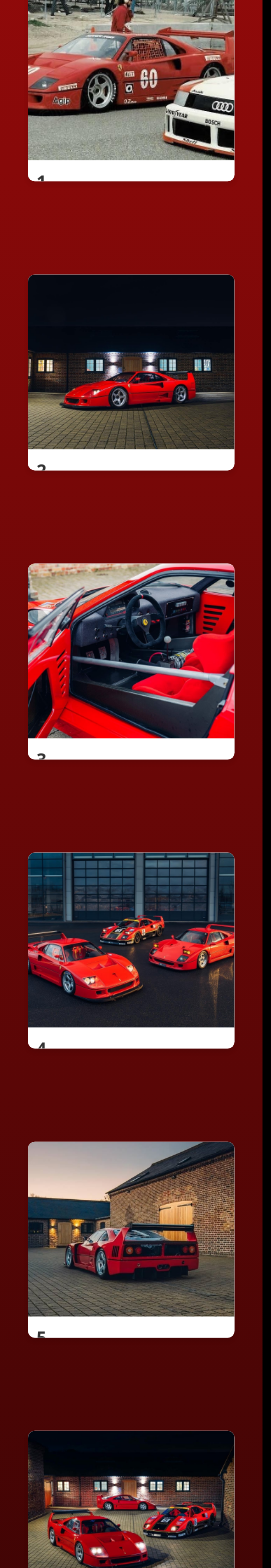
Repository: Johannes-Harald/martini-racing-fanclub
Page: /
An editor plug-in stored every save of this project. The page is shown before and after the next save, followed by the edit.
The browser window is 375 px wide. The page is 387 px wide, so the pictures cover 387 px, including what lies to the right of the window. The pictures show the part of the page from y = 2520 to 4760 px (the page is 17078 px tall before and 18338 px after), at 70% of full size.
Some web fonts or font styles are not loaded; a fallback is used. The project was rebuilt for these pictures with package versions that can differ from the ones it lists, and the page was loaded fresh each time. Also part of the build but not shown: vite.config.js, src/components/Lightbox/Lightbox.css, src/components/Lightbox/Lightbox.jsx, src/components/TitleCards/TitleCards.jsx, src/pages/Videos/Videos.css, src/pages/Videos/Videos.jsx.

Above is the page before, as saved 2024-10-13 10:03:52.

### index.html
<!doctype html>
<html lang="en">
  <head>
    <meta charset="UTF-8" />
    <link rel="icon" type="image/svg+xml" href="/src/assets/logo-martinid.png" style="filter: brightness(3.5); height: 2px; width: 1px;"/>
    <meta name="viewport" content="width=device-width, initial-scale=1.0" />
    <title>Martini Racing Fanclub</title>
  </head>
  <body>
    <div id="root"></div>
    <script type="module" src="/src/main.jsx"></script>
  </body>
</html>
<!--
<!doctype html>
<html lang="en">
  <head>
    <meta charset="UTF-8" />
    <link rel="icon" type="image/svg+xml" href="/src/assets/logo-martinid.png" style="filter: brightness(3.5); height: 2px; width: 1px;"/>
    <meta name="viewport" content="width=device-width, initial-scale=1.0" />
    <title>Martini Racing Fanclub</title>
  </head>
  <body>
    <div id="root"></div>
    <script type="module" src="/src/main.jsx"></script>
  </body>
</html>
-->

### src/App.jsx
import React from 'react';
import { BrowserRouter as Router, Route, Routes } from 'react-router-dom';
import Home from './pages/Home/Home';
import Videos from './pages/Videos/Videos';

function App() {
  //const navigate = useNavigate();
  //const location = useLocation();



  {/*const scrollToTitleCards = () => {
    // Assuming you have a reference to your TitleCards section
    const titleCardsSection = document.getElementById('rallyeautos'); // Adjust this ID as needed
    if (titleCardsSection) {
      titleCardsSection.scrollIntoView({ behavior: 'smooth' });
    }
  };

  const scrollToTitleCards = () => {
    if (location.pathname === '/') {
      rallyefahrzeugeRef.current.scrollIntoView({ behavior: 'smooth' });
    } else {
      // If you're on another page, navigate to the home page first
      navigate('/');
      // After navigating, wait for the page to load and then scroll to rallyefahrzeugeRef
      setTimeout(() => {
        rallyefahrzeugeRef.current.scrollIntoView({ behavior: 'smooth' });
      }, 500); // Use a timeout to ensure the page is fully rendered before scrolling
    }
  };
  <Route path="/Home" element={<Navbar scrollToTop={scrollToTop} scrollToTitleCards={scrollToTitleCards}/>} />
  */}

  return (
    <Router>
      <div className="App">
        <Routes>
          <Route path="/" element={<Home />} />
          <Route path="/videos" element={<Videos />} />
        </Routes>
      </div>
    </Router>
  );
}

export default App;

### src/index.css
* {
  margin: 0;
  padding: 0;
  box-sizing: border-box;
}

body {
  background: black;
  font-family: 'Segoe UI', Tahoma, Geneva, Verdana, sans-serif;
}

### src/pages/Home/Home.css
.hero {
    position: relative;
}

.component {
    transition: opacity 0.5s ease, transform 0.5s ease;
    opacity: 0;
    transform: translateY(20px);
    pointer-events: none; /* Disable interaction when hidden */
  }

  .component.active {
    opacity: 1;
    transform: translateY(0);
    pointer-events: all; /* Enable interaction when visible */
  }

.img-cover {
    background-image: linear-gradient(180deg, rgba (0,0,0,0.7) 10%, transparent);
    z-index: 1;
    transition: background-color 0.3s, color 0.3s;
  }

.banner-width {
    width: 100%;
    mask-image: linear-gradient(to right, transparent, black 75%);
    -weblit-mask-image: linear-gradient(to right, transparent, black 75%);
}

.banner-img {
    width: 100%;
    display: flex;
    filter: brightness(1.2);
}

.hero-caption {
    position: absolute;
    width: 100%;
    padding-left: 6%;
    bottom: 0;
}

.caption-img {
    width: 100%;
    height: 370px;
    max-width: 510px;
    margin-bottom: 60px;
    filter: brightness(1.3);
}

.hero-caption p{
    max-width: 700px;
    font-size: 17px;
    margin-bottom: 20px;
}

.hero-btns {
    display: flex;
    gap: 10px;
    margin-bottom: 50px;
}

.hero-btns .btn img{
    width: 25px;
}

.hero-btns .btn {
    border: 0;
    outline: 0;
    padding: 8px 20px;
    display: inline-flex;
    align-items: center;
    gap: 10px;
    font-size: 15px;
    font-weight: 600;
    background: white;
    border-radius: 4px;
    cursor: pointer;
}

.hero-btns .btn.dark-btn{
    color: #fff;
    background: #6d6d6eb3;
}

.hero-btns .btn:hover{
    background: #ffffffbf;
}

.hero-btns .btn.dark-btn:hover{
    background: #6d6d6e66 ;
}


@media (max-width: 1024px) {
  .hero-caption .title-cards {
      display: none;
  }
  .hero-btns {
      margin-bottom: 30px;
  }
  .hero-caption p {
      font-size: 15px;
      max-width: 600px;
  }
}

/* Large mobile screens */
@media (max-width: 800px) {
  .hero-caption {
      padding-left: 4%;
  }
  .caption-img {
      margin-bottom: 10px;
      width: 40%;
  }
  .hero-caption p {
      font-size: 12px;
      margin-bottom: 10px;
  }
  .hero-btns .btn img {
      width: 20px;
  }
  .hero-btns .btn {
      padding: 6px 15px;
      font-size: 13px;
  }
}

/* Small mobile screens */
@media (max-width: 500px) {
  .banner-img {
    padding-top: 191px;
    width: 150%;
    filter: brightness(1.2);
    max-width: 100%;
    overflow: hidden;
    /*     text-align: left; */
  }

  .home .img-cover {
    background-size: cover; /* Ensure the image covers the entire area */
    background-position: center;
  }
  .caption-img {
    margin-bottom: 360px;
    height: 110px;
    width: 170px;
  }
  .hero-caption p {
      font-size: 11px;
  }
  .hero-btns img {
      width: 15px;
  }
  .hero-btns .btn {
      padding: 4px 10px;
      gap: 5px;
      font-size: 10px;
  }
  .component {
      margin-top: 15px;
  }
  .banner-img {
      height: auto;
  }
}

### src/components/Navbar/Navbar.jsx
import React, { useEffect, useRef, useState } from 'react';
import { Link, useNavigate, useLocation } from 'react-router-dom';
import './Navbar.css';
import logo from '../../assets/logo.png';
import search_icon from '../../assets/search_icon.svg';
import profile_icon from '../../assets/profile_img.webp';
import caret_icon from '../../assets/caret_icon.svg';
import lightModeSearch from '../../assets/search_icon_dark.png';

const Navbar = ({ scrollToRallyefahrzeuge, rallyefahrzeugeRef, scrollTo }) => {
  const navigate = useNavigate();
  const location = useLocation();
  const navRef = useRef(null);
  const [navigateToRallye, setNavigateToRallye] = useState(false);
  const [darkMode, setDarkMode] = useState(() => {
    return localStorage.getItem('darkMode') === 'true';
  });

/*  const handleScrollToRallyefahrzeuge = () => {
    if (location.pathname !== "/") {
      setNavigateToRallye(true); // Set flag to indicate we want to scroll after navigation
      navigate("/"); // Navigate to home
    }
  };

/*  useEffect(() => {
    if (navigateToRallye && location.pathname === "/") {
      setTimeout(() => {
        if (rallyefahrzeugeRef.current) {
          console.log("Ref found, scrolling...");
          rallyefahrzeugeRef.current.scrollIntoView({ behavior: 'smooth' });
        } else {
          console.log("Ref not found");
        }
      }, 100); // Add delay to allow for navigation to complete
      setNavigateToRallye(false); // Reset flag
    }
  }, [navigateToRallye, location.pathname, rallyefahrzeugeRef]);*/

  const toggleDarkMode = () => {
    setDarkMode(prev => {
      const newDarkMode = !prev;
      document.body.classList.toggle('dark-mode', newDarkMode);
      localStorage.setItem('darkMode', newDarkMode);
      return newDarkMode;
    });
  };

  return (
    <div ref={navRef} className={`navbar ${darkMode ? 'dark-mode' : 'light-mode'}`}>
      <div className="navbar-left">
        <img src={logo} alt="Logo" className='logo-img' />
        <ul>
          <li onClick={scrollTo}><Link to="/" className="link-style">Startseite</Link></li>
          <li><Link to="/videos" className="link-style">Videos</Link></li>
          <li onClick={scrollToRallyefahrzeuge}><Link to="/" className="link-style">Fahrzeuge</Link></li>
        </ul>
      </div>

      <div className="navbar-right">
        <p>Nutzer</p>

        {/* Dark Mode Toggle Button */}
        <button onClick={toggleDarkMode} className='dark-mode-btn'>
          {darkMode ? 'Hell' : 'Dunkel'}
        </button>

        <div className='navbar-profile'>
          <img src={profile_icon} alt="Profile" className='profile' />
          <img src={caret_icon} alt="Caret" />
          <div className='dropdown'>
            <p>Abmelden</p>
          </div>
        </div>
      </div>
    </div>
  );
};

export default Navbar;

### src/components/TitleCards/Rallyefahrzeuge.jsx
import React, { useState } from 'react';
import './Rallyefahrzeuge.css';
import img3 from '../../assets/cards/img3.jpg';
import img4 from '../../assets/cards/img4.jpg';
import img5 from '../../assets/cards/img5.webp';
import img6 from '../../assets/cards/img6.jpg';
import Lightbox from '../Lightbox/Lightbox';

const Rallyefahrzeuge = React.forwardRef((props, ref) => {
  const [lightboxOpen, setLightboxOpen] = useState(false); // State to control lightbox visibility
  const [selectedImageIndex, setSelectedImageIndex] = useState(0); // Track the selected image

  const cardData = [
    { image: img3, title: '1', description: 'Kimera 037' },
    { image: img4, title: '2', description: 'Kimera 037' },
    { image: img5, title: '3', description: 'Kimera 037' },
    { image: img6, title: '4', description: 'Innenraum des Kimera 037' }
  ];

  const handleImageClick = (index) => {
    setSelectedImageIndex(index); // Set the index of the clicked image
    setLightboxOpen(true); // Open the lightbox LOOK HERE INCASE! >>>> ref={rallyefahrzeugeRef}
  };

  return (
    <div className="rallyefahrzeuge">
      <div className="rallyeautos">
        <h2>Rallyefahrzeuge</h2>
      </div>
      <div className="rallye-card-list">
        {cardData.map((card, index) => (
          <div key={index} className="rallye-title-cards" onClick={() => handleImageClick(index)}>
            <img src={card.image} alt={card.title} className="rallye-title-cards-img" />
            <div className="rallye-title-cards-info">
              <h3>{card.title}</h3>
              <p>{card.description}</p>
            </div>
          </div>
        ))}
      </div>

      {/* Conditionally render the Lightbox when open */}
      {lightboxOpen && (
        <Lightbox
          images={cardData.map((card) => ({ src: card.image, alt: card.title }))} // Pass the images to the Lightbox
          initialIndex={selectedImageIndex} // Start with the clicked image
          onClose={() => setLightboxOpen(false)} // Close the lightbox
        />
      )}
    </div>
  );
});

export default Rallyefahrzeuge;

### src/components/TitleCards/PrototypRennwagen.jsx
import React, { useState } from 'react';
import './Rallyefahrzeuge.css';
import img1 from '../../assets/cards/img1.png';
import img7 from '../../assets/cards/img7.jpg';
import img8 from '../../assets/cards/img8.jpg';
import img9 from '../../assets/cards/img9.jpg';
import lcmonza from '../../assets/cards/lcmonza.jpg';
import lcparmalat from '../../assets/cards/lcparmalat.jpg';
import Lightbox from '../Lightbox/Lightbox'; // Import the Lightbox component

const PrototypRennwagen = React.forwardRef((props, ref) => {
  const [lightboxOpen, setLightboxOpen] = useState(false); // State to control lightbox visibility
  const [selectedImageIndex, setSelectedImageIndex] = useState(0); // Track the selected image

  const cardData = [
    { image: img1, title: '1', description: 'LC1 auf der Nordschleife' },
    { image: img7, title: '2', description: 'LC1 auf der Nordschleife' },
    { image: img8, title: '3', description: 'LC1 bei Le Mans' },
    { image: img9, title: '4', description: 'LC1' },
    { image: lcmonza, title: '5', description: 'LC1 bei Le Mans' },
    { image: lcparmalat, title: '6', description: 'LC1' }
  ];

  const handleImageClick = (index) => {
    setSelectedImageIndex(index); // Set the index of the clicked image
    setLightboxOpen(true); // Open the lightbox
  };

  return (
    <div className="rallyefahrzeuge" ref={ref}>
      <div className="rallyeautos">
        <h2>Prototyp-Rennwagen</h2>
      </div>
        <div className="rallye-card-list" >
      {cardData.map((card, index) => (
        <div key={index} className="rallye-title-cards" onClick={() => handleImageClick(index)}>
          <img src={card.image} alt={card.title} className="rallye-title-cards-img" />
          <div className="rallye-title-cards-info">
            <h3>{card.title}</h3>
            <p>{card.description}</p>
          </div>
        </div>
      ))}
    </div>

      {/* Conditionally render the Lightbox when open */}
          {lightboxOpen && (
        <Lightbox
          images={cardData.map((card) => ({ src: card.image, alt: card.title }))} // Pass the images to the Lightbox
          initialIndex={selectedImageIndex} // Start with the clicked image
          onClose={() => setLightboxOpen(false)} // Close the lightbox
        />
      )}
    </div>
  );
});

export default PrototypRennwagen;

### src/components/TitleCards/Tourenwagen.jsx
import React, { useState } from 'react';
import './Rallyefahrzeuge.css';
 import img2 from '../../assets/cards/img2.jpg';
import img10 from '../../assets/cards/img10.jpg';
import img11 from '../../assets/cards/img11.jpg';
import img12 from '../../assets/cards/img12.jpg';
import img37 from '../../assets/cards/img37.jpg';
import img38 from '../../assets/cards/img38.jpeg';
import Lightbox from '../Lightbox/Lightbox';

const Tourenwagen = React.forwardRef((props, ref) => {
  const [lightboxOpen, setLightboxOpen] = useState(false); // State to control lightbox visibility
  const [selectedImageIndex, setSelectedImageIndex] = useState(0); // Track the selected image

  const cardData = [
    { image: img2, title: '1', description: 'Porsche 935' },
    { image: img10, title: '2', description: 'Beta Montecarlo Turbo' },
    { image: img11, title: '3', description: 'Beta Montecarlo Turbo' },
    { image: img12, title: '4', description: 'Beta Montecarlo Turbo' },
    { image: img37, title: '5', description: 'Beta Montecarlo Turbo' },
    { image: img38, title: '6', description: 'Beta Montecarlo Turbo' }
  ];

  const handleImageClick = (index) => {
    setSelectedImageIndex(index); // Set the index of the clicked image
    setLightboxOpen(true); // Open the lightbox
  };

  return (
    <div className="rallyefahrzeuge" ref={ref}>
      <div className="rallyeautos">
        <h2>Tourenwagen</h2>
      </div>
    <div className="rallye-card-list">
      {cardData.map((card, index) => (
        <div key={index} className="rallye-title-cards" onClick={() => handleImageClick(index)}>
          <img src={card.image} alt={card.title} className="rallye-title-cards-img" />
          <div className="rallye-title-cards-info">
            <h3>{card.title}</h3>
            <p>{card.description}</p>
          </div>
        </div>
      ))}
    </div>

      {/* Conditionally render the Lightbox when open */}
      {lightboxOpen && (
        <Lightbox
          images={cardData.map((card) => ({ src: card.image, alt: card.title }))} // Pass the images to the Lightbox
          initialIndex={selectedImageIndex} // Start with the clicked image
          onClose={() => setLightboxOpen(false)} // Close the lightbox
        />
      )}
    </div>
  );
});

export default Tourenwagen;

### src/components/Footer/Footer.jsx
import React from 'react'
import './Footer.css'
import youtube_icon from '../../assets/youtube_icon.png'
import twitter_icon from '../../assets/twitter_icon.png'
import instagram_icon from '../../assets/instagram_icon.png'
import facebook_icon from '../../assets/facebook_icon.png'

const Footer = () => {
  return (
    <div className='footer'>
      <div className='footer-icons'>
        <img src={youtube_icon} alt="" />
        <img src={twitter_icon} alt="" />
        <img src={instagram_icon} alt="" />
        <img src={facebook_icon} alt="" />
      </div>
      <ul>
        <li>Auto-Fanclub</li>
        <li>Hilfezentrum</li>
        <li>Foren</li>
        <li>Medienzentrum</li>
        <li>Investorenbeziehungen</li>
        <li>Jobs</li>
        <li>Nutzungsbediengungen</li>
        <li>Datenschutz</li>
        <li>Rechtliche Hinweise</li>
        <li>Cookie-Einstellungen</li>
        <li>Unternehmensinformationen</li>
        <li>Kontakt</li>
      </ul>
      <p className='copyright'>© 1968-2023 Martini-Racing.</p>
    </div>
  )
}

export default Footer

### src/components/TitleCards/Rallyefahrzeuge.css
@import url('https://fonts.googleapis.com/css2?family=Bona+Nova+SC:ital,wght@0,400;0,700;1,400&family=Open+Sans&display=swap');

* {
  margin: 0;
  padding: 0;
  box-sizing: border-box;
}

.rallye-card-list {
  display: flex;
  flex-flow: row wrap;
  align-items: flex-start;
  /*flex-wrap: wrap;
  justify-content: space-between;*/
  gap: 70px;
  padding: 20px;
}

.rallyefahrzeuge {
  padding: 20px;
  background: linear-gradient(to bottom, rgb(30, 28, 140) 0%, rgba(0, 0, 0, 0) 50%),
              linear-gradient(to bottom, rgba(0, 0, 0, 0) 70%, rgb(30, 28, 140) 100%);
}

.rallyeautos h2{
  font-family: "Bona Nova SC", serif;
  font-weight: 400;
  font-style: normal;
  color: white;
  font-size: 130px;
  letter-spacing: 10px;
  text-align: center;
}

.rallye-title-cards {
  flex: 1 1 calc(25% - 40px); /* Makes cards 4 per row with space for margins */
  display: flex;
  flex-direction: column;
  background-color: #000000;
  border-radius: 10px;
  overflow: hidden;
  transition: transform 2s ease-in-out, box-shadow 2s ease-in-out;
  box-shadow: 0 4px 8px rgba(0, 0, 0, 0.1);
  margin-top: 63px;
  cursor: pointer;
}

.rallye-title-cards:hover {
  transform: translateY(-5px);
  box-shadow: 0 8px 16px rgba(0, 0, 0, 0.15);
}

.rallye-title-cards-img {
  width: 100%;
  height: 250px;
  object-fit: cover;
}

.rallye-title-cards-info {
  padding: 12px;
  background-color: #fff;
}

.rallye-title-cards-info h3 {
  font-size: 16px;
  font-weight: bold;
  color: #333;
  margin-bottom: 6px;
}

.rallye-title-cards-info p {
  font-family: "Bona Nova SC", serif;
  font-weight: 400;
  font-style: normal;
  font-size: 17px;
  color: #666;
}

@media (max-width: 767px) {
  .rallye-title-cards {
      flex: 1 1 calc(50% - 20px); /* 2 per row on smaller screens */
  }
}

@media (max-width: 480px) {
  .rallye-title-cards {
      flex: 1 1 100%; /* Full-width cards on very small screens */
  }
}


 /* Mobile-friendly adjustments */
@media (max-width: 768px) {
  .rallyeautos h2{
    font-family: "Bona Nova SC", serif;
    font-weight: 400;
    font-style: normal;
    color: white;
    font-size: 30px;
    letter-spacing: 10px;
    text-align: center;
  }
    .rallye-title-cards h2{
       font-size: 15px;
    }
    .rallye-title-cards-img {
      width: fit-content;
    }
    .card-list p{
       font-size: 10px;
    }
}

 @media (max-width: 500px) {
  .rallyeautos h2{
    font-family: "Bona Nova SC", serif;
    font-weight: 400;
    font-style: normal;
    color: white;
    font-size: 30px;
    letter-spacing: 10px;
    text-align: center;
  }
    .rallye-title-cards h2{
       font-size: 15px;
    }
    .rallye-title-cards-img {
      width: fit-content;

    }
    .card-list p{
       font-size: 10px;
    }
 }

### src/components/TitleCards/Ferrari.css
@import url('https://fonts.googleapis.com/css2?family=Bona+Nova+SC:ital,wght@0,400;0,700;1,400&family=Open+Sans&display=swap');

* {
    margin: 0;
    padding: 0;
    box-sizing: border-box;
  }

  .card-list-ferrari {
    display: flex;
    flex-flow: row wrap;
    align-items: flex-start;
    /*flex-wrap: wrap;
    justify-content: space-between;*/
    gap: 70px;
    padding: 20px;
  }

  .ferraris {
    padding: 20px;
    background: linear-gradient(to bottom, rgb(150, 10, 10) 0%, rgba(255, 0, 0, 0) 50%), /* Top effect */
                linear-gradient(to bottom, rgba(255, 255, 255, 0) 70%, rgb(150, 10, 10) 100%); /* Bottom effect */
  }

  .title-cards-ferrari {
    flex: 1 1 calc(25% - 40px); /* Makes cards 4 per row with space for margins */
    display: flex;
    flex-direction: column;
    background-color: #f9f9f9;
    border-radius: 10px;
    transition: transform 0.3s ease-in-out, box-shadow 0.3s ease-in-out;
    box-shadow: 0 4px 8px rgba(0, 0, 0, 0.1);
    /*     max-width: 301px;/* Optional: Set a max width to limit card size*/
    margin-top: 63px;
    cursor: pointer;
    overflow: hidden;
  }

  .title-cards-ferrari:hover {
    transform: translateY(-5px);
    box-shadow: 0 8px 16px rgba(0, 0, 0, 0.15);
    transition: 1s linear ease-in-out;
  }

  .title-cards-img-ferrari {
    width: 100%;
    height: 250px;
    object-fit: cover;
  }

  .title-cards-info-ferrari {
    padding: 12px;
    background-color: #fff;
  }

  .title-cards-info-ferrari h3 {
    font-size: 16px;
    font-weight: bold;
    color: #333;
    margin-bottom: 6px;
  }

  .title-cards-info-ferrari p {
    font-family: "Bona Nova SC", serif;
    font-weight: 400;
    font-style: normal;
    font-size: 17px;
    color: #666;
  }

  /* Mobile-friendly adjustments */
  @media (max-width: 500px) {
    .title-cards-ferrari {
      flex: 1 1 calc(70% - 20px); /* Makes cards 2 per row on smaller screens */
    }


    .ferraris h2 {
      font-size: 65px;
    }

    .title-cards-info-ferrari {
      height: 30px;
    }

    .title-cards-info-ferrari h3 {
      font-size: 25px;
    }

    .title-cards-info-ferrari p {
      font-size: 15px;
    }

    .title-cards-img-ferrari {
      height: 250px;
    }
  }

### src/components/Footer/Footer.css
.footer {
    padding: 30px 4px;
    max-width: 1000px;
    margin: 0 auto;
}

.footer-icons {
    display: flex;
    gap: 20px;
    margin: 40px 0;
}

.footer-icons img{
    width: 30px;
    cursor: pointer;
}

.footer ul{
    display: grid;
    grid-template-columns: auto auto auto auto;
    gap: 15px;
    margin-bottom: 30px;
    list-style: none;
}

.footer ul li{
    color: white;
}

.copyright {
    color: gray;
    font-size: 16px;
}

@media (max-width:800px) {
    .footer {
        padding: 7%;
        margin: 0 auto;
    }

  .footer-icon img{
      width: 25px;
  }
  .footer ul {
    grid-template-columns: auto auto;
    gap: 8px;
    font-size: 14px;
  }
}

### src/components/TitleCards/TitleCards.css
* {
    margin: 0;
    padding: 0;
    box-sizing: border-box;
  }

  .title-cards-container {
    background: none;
    background: linear-gradient(to bottom, rgb(30, 28, 140) 0%, rgba(0, 0, 0, 0) 50%),
    linear-gradient(to bottom, rgba(0, 0, 0, 0) 70%, rgb(30, 28, 140) 100%);
    padding: 20px;
    display: flex;
  }

  /* Flex container for cards */
  .cards {
    display: flex;
    flex-flow: row wrap;
    justify-content: end;
    gap: 20px;
    padding: 20px;
    margin-top: 100px;
  }

  /* Flex container for video cards */
  .video-cards {
    display: flex;
    flex-flow: row wrap;
    justify-content: center;
    gap: 70px;
  }

  /* Styling for each card */
  .card {
    width: auto;
    cursor: pointer;
    text-align: center;
    display: flex;
    flex-direction: column;
    align-items: center;
    border-radius: 12px;
    opacity: 1; /* Full opacity for the card */
    background: transparent;
  }

  /* Thumbnail image styling */
  .video-thumbnail {
    width: 450px;
    height: auto;
    border-radius: 8px;
    transition: transform 0.3s ease;
    filter: brightness(1.1);
    opacity: 1;
  }

  .video-thumbnail:hover {
    transform: scale(1.05); /* Slight zoom effect on hover */
    filter: brightness(1.2);
  }

  /* Card title styling */
  .card h3 {
    margin-top: 10px;
    font-size: 18px;
    color: white;
  }

  /* Modal overlay when a video is selected */
  .modal-overlay {
    position: fixed;
    top: 0;
    left: 0;
    width: 100%;
    height: 100%;
    display: flex;
    justify-content: center;
    align-items: center;
  }

  /* Modal content container */
  .modal-content {
    background: #fff;
    padding: 7px;
    border-radius: 10px;
    width: 80%;
    max-width: 900px;
  }

  /* Embedded video iframe */
  .modal-content iframe {
    width: 100%;
    height: 500px;
  }

  .modal-overlay:hover {
    cursor: pointer;
  }

  .modal-content:hover {
    cursor: default;
  }

  /* Scrollbar styling (hidden for horizontal scroll) */
  .card-list::-webkit-scrollbar {
    display: none;
  }

  /* Responsive styling for smaller screens */
  @media (max-width: 800px) {
    .cards {
      gap: 10px; /* Reduce the gap between cards */
    }

    .card {
      width: 200px; /* Reduce card width for smaller screens */
    }

    .card h3 {
      font-size: 16px; /* Reduce font size for titles */
    }

    .thumbnail {
      width: 100%; /* Ensure thumbnail adjusts to the new card size */
    }
  }

  @media (max-width: 500px) {
    .card {
      width: 165px; /* Further reduce card width for small screens */
    }

    .card h3 {
      font-size: 14px;
    }

    .modal-content {
      background: #fff;
      padding: 2px;
      height: auto;
      margin-top: 140%;
    }

    .modal-overlay {
      height: 7%;
    }

    .modal-overlay:hover {
      cursor: pointer;
    }

    .modal-content:hover {
      cursor: default;
    }

    .video-thumbnail {
      width: 100%;
    }
  }

Loaded but not shown: src/main.jsx (common file); src/components/Navbar/Navbar.css (332 lines, source omitted); src/components/TitleCards/Ferrari.jsx (88 lines, source omitted); src/pages/Home/Home.jsx (114 lines, source omitted)

After the next save:
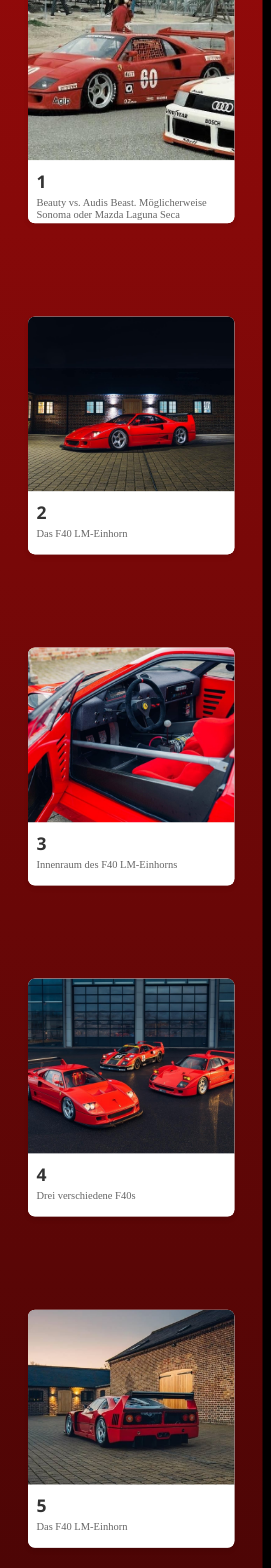
Saved 5 s later.
--- a/src/components/TitleCards/Ferrari.css
+++ b/src/components/TitleCards/Ferrari.css
@@ -80,7 +80,7 @@
     }
 
     .title-cards-info-ferrari {
-      height: 30px;
+      height: 90px;
     }
 
     .title-cards-info-ferrari h3 {
